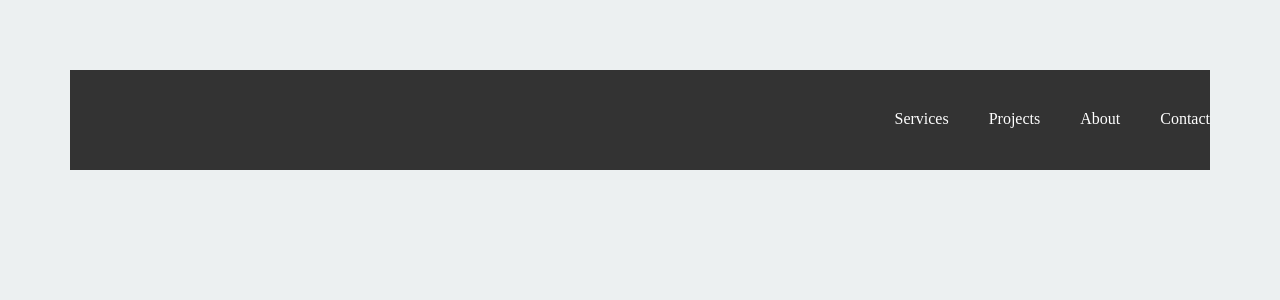
Repository: arifshahriyarnader/css-flexbox
Page: Exercise 1/index.html
The author's editor kept a copy of each file at every save. The page is drawn from the files as they stood at one save, then again after a run of saves.
The browser window is 1280 px wide. The pictures show the whole page.

Above is the page before, as saved 2024-06-15 15:43:08.

After the next 2 saves:
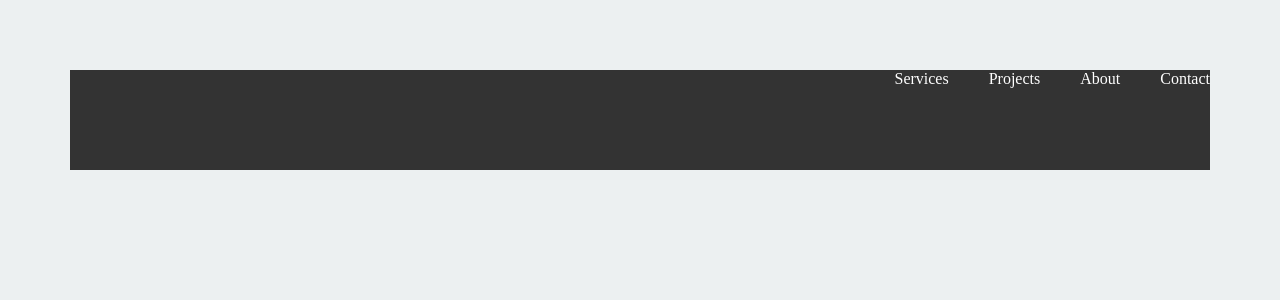
The 2 saves are shown as one change because they came seconds apart.
The last was saved 15 s later.
--- a/Exercise 1/css/style.css
+++ b/Exercise 1/css/style.css
@@ -23,7 +23,7 @@ body{
 .leftmenu_link ul{
     display: flex;
     gap:40px;
-    padding-top:40px;
+    padding-top:40px 0px 0px 40px;
 
 }
 

After the save that followed:
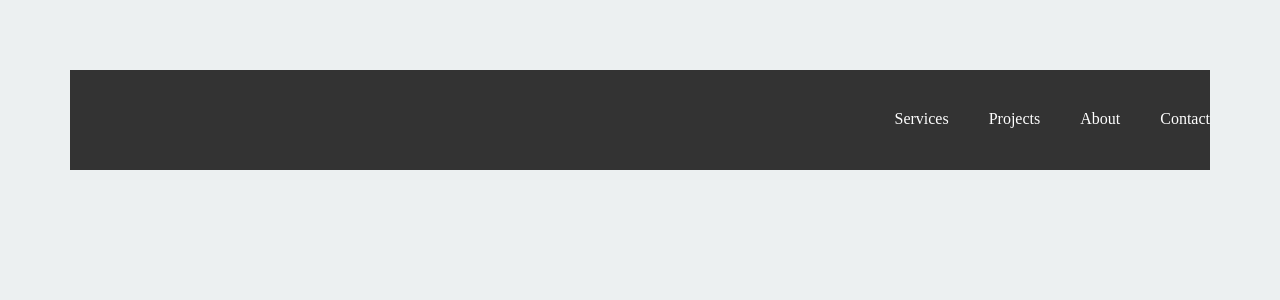
Saved 4 s later.
--- a/Exercise 1/css/style.css
+++ b/Exercise 1/css/style.css
@@ -23,7 +23,7 @@ body{
 .leftmenu_link ul{
     display: flex;
     gap:40px;
-    padding-top:40px 0px 0px 40px;
+    padding:40px 0px 0px 40px;
 
 }
 
